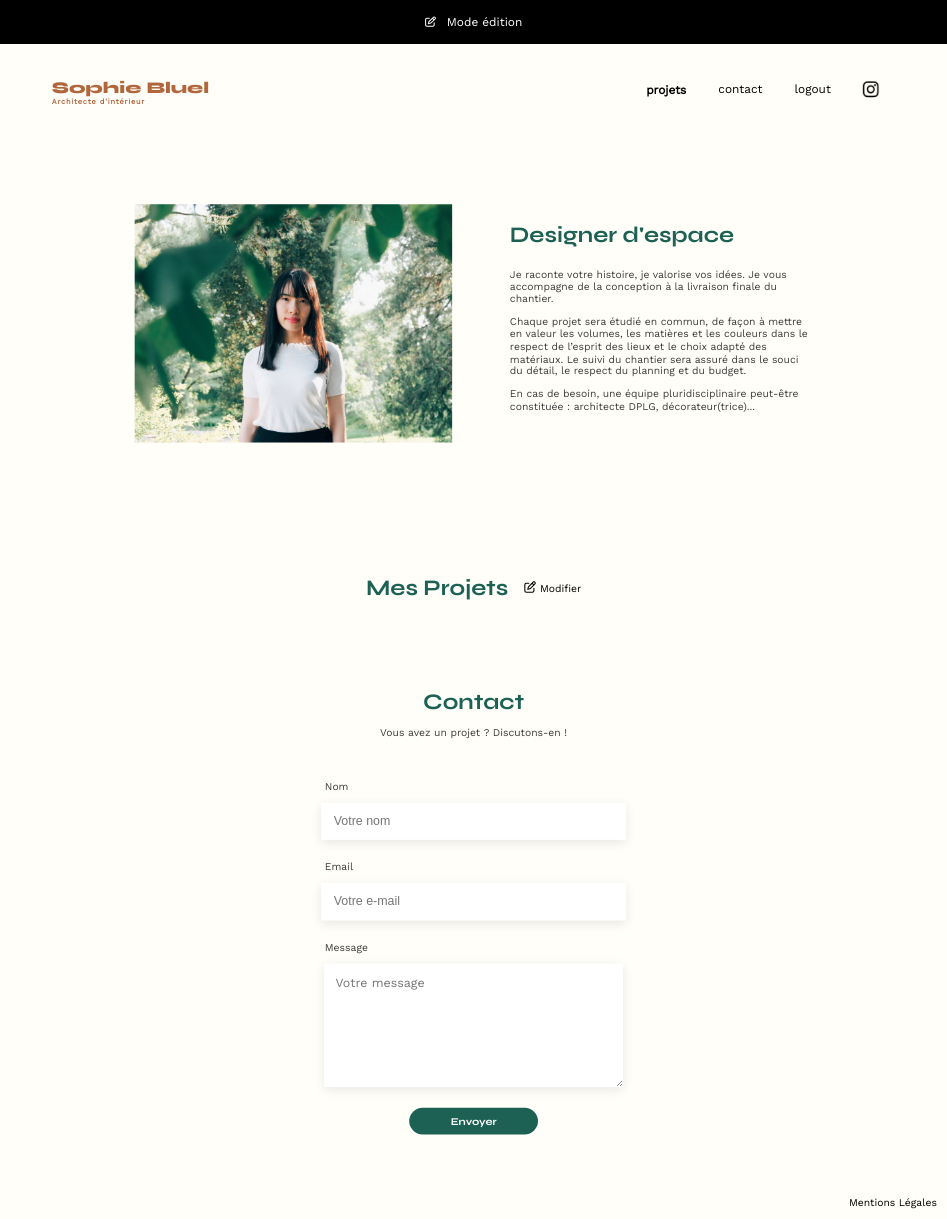
Repository: BlueSoley23/openclassrooms
Page: FrontEnd/index.html
An editor plug-in stored every save of this project. The page is shown before and after the next save, followed by the edit.
The browser window is 1280 px wide. The pictures show the whole page, at 74% of full size.
The page's requests for data from a server got no answer.

Above is the page before, as saved 2023-12-21 07:05:42.
Console error: TypeError: categories is not iterable

After the next save:
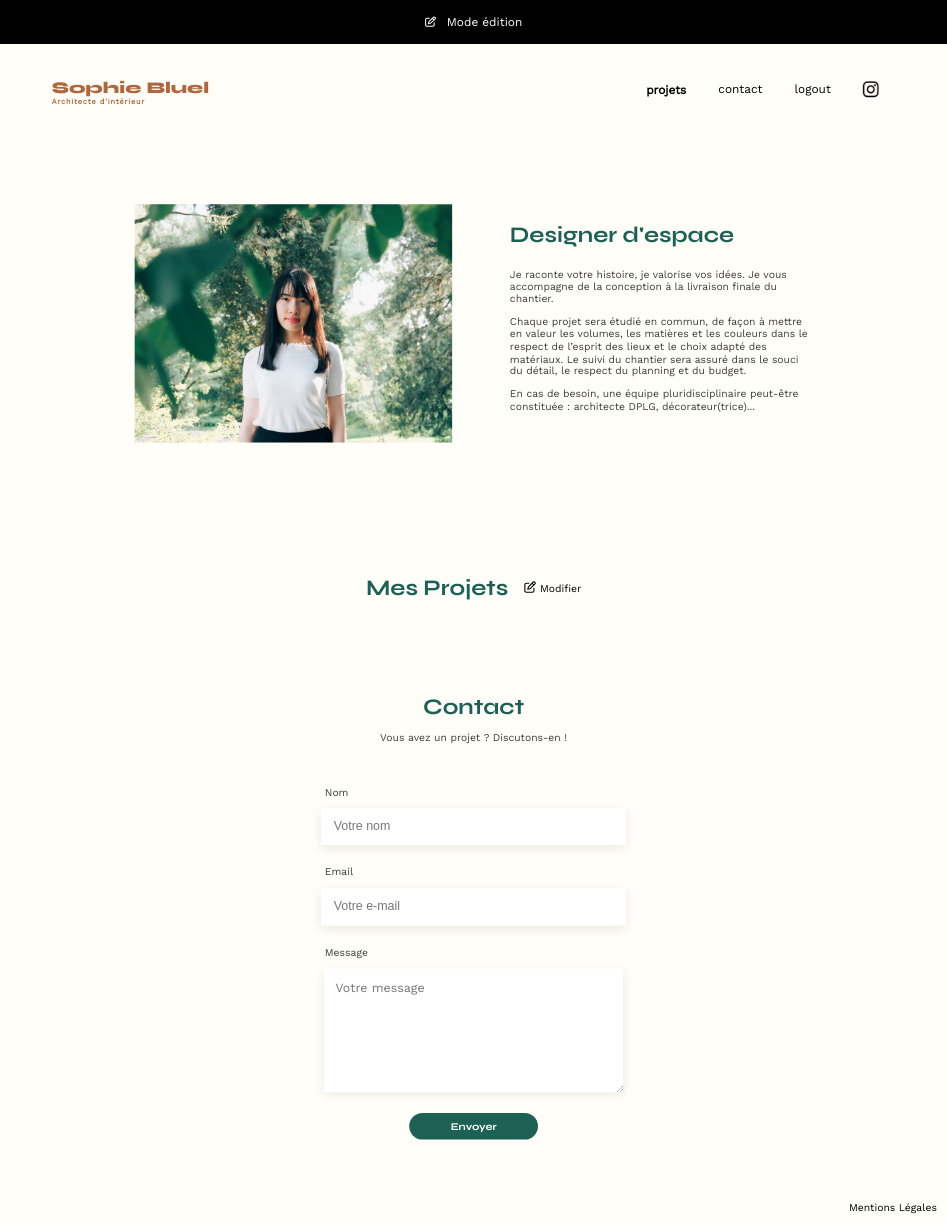
Saved 8 s later.
--- a/FrontEnd/assets/css/style.css
+++ b/FrontEnd/assets/css/style.css
@@ -591,7 +591,7 @@
 		justify-content: center;
 		justify-content: center;
 		align-items: center;
-		margin-bottom: 2.5em;
+		margin-bottom: 3em;
 	  }
 
 	  .modifier-link__content {
